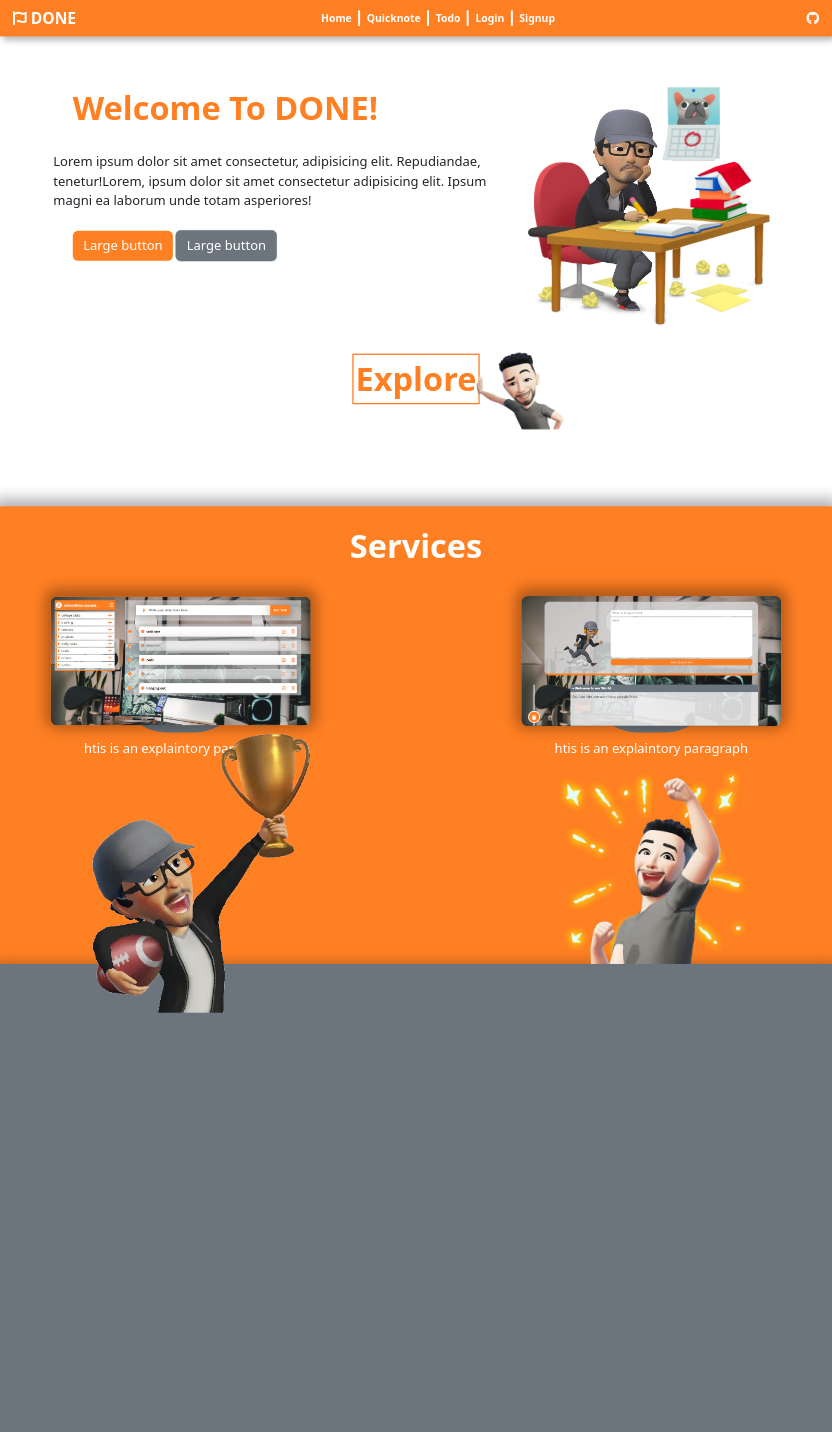
Repository: OmarEssameldinMousa/DONE
Page: index.html
An editor plug-in stored every save of this project. The page is shown before and after the next save, followed by the edit.
The browser window is 1280 px wide. The pictures show the whole page, at 65% of full size.
The pointer rests on the first visible `.omar > img`.
Some web fonts or font styles are not loaded; a fallback is used.

Above is the page before, as saved 2023-12-18 11:01:32.

### index.html
<!DOCTYPE html>
<html lang="en">

<head>
    <meta charset="UTF-8">
    <meta name="viewport" content="width=device-width, initial-scale=1.0">
    <title>Home</title>
    <!-- Main Template CSS File -->
    <link rel="stylesheet" href="CSS/styles.css">
    <!-- Render and Normalize the ELements -->
    <link rel="stylesheet" href="CSS/normalize.css">
    <!-- Font Awsome Library -->
    <link rel="stylesheet" href="CSS/all.min.css">
    <!-- google fonts -->
    <link rel="preconnect" href="https://fonts.googleapis.com">
    <link rel="preconnect" href="https://fonts.gstatic.com" crossorigin>
    <link
        href="https://fonts.googleapis.com/css2?family=Kablammo&family=Work+Sans:wght@200;300;400;500;600;800&display=swap"
        rel="stylesheet">
    <!-- including bootstrap library -->
    <link href="https://cdn.jsdelivr.net/npm/bootstrap@5.3.2/dist/css/bootstrap.min.css" rel="stylesheet"
        integrity="sha384-T3c6CoIi6uLrA9TneNEoa7RxnatzjcDSCmG1MXxSR1GAsXEV/Dwwykc2MPK8M2HN" crossorigin="anonymous">

</head>

<body>
    <header>
        <nav>
            <!-- Logo with Font Awesome Icon -->
            <div class="logo">
                <i class="fab fa-font-awesome-flag"></i> DONE
            </div>

            <!-- Left-side Navigation Links -->
            <ul class="navlist">
                <li><a href="index.html">Home</a></li>
                <li><a href="quicknote.html">Quicknote</a></li>
                <li><a href="mytasks.html">Todo</a></li>
                <li><a href="#">Login</a></li>
                <li><a href="#">Signup</a></li>
            </ul>

            <!-- Right-side GitHub Icon -->
            <div class="github-icon">
                <a rel="" href="https://github.com/yourusername" target="_blank">
                    <i class="fab fa-github" style="color: white;"></i>
                </a>
            </div>
        </nav>

        <div class="container heading">
            <div class="landing">

                <div class="landingtext">
                    <h1>Welcome To DONE!</h1>
                    <p>Lorem ipsum dolor sit amet consectetur, adipisicing elit. Repudiandae, tenetur!Lorem, ipsum dolor
                        sit amet consectetur adipisicing elit. Ipsum magni ea laborum unde
                        totam
                        asperiores!</p>
                    <div class="buttons">
                        <button type="button" class="btn btn-primary btn-lg"
                            style="background-color: #ff7f23;border: none;">Large
                            button</button>
                        <button type="button" class="btn btn-secondary btn-lg">Large button</button>
                    </div>
                </div>

                <div class="logoimage">
                    <img src="images/omar.png" alt="">
                </div>
            </div>
        </div>
    </header>
    <div class="explore">
        <a href="#tododemo1">Explore</a>
        <div class="exploreimg"><img src="images/kemo1.jpg" alt=""></div>
    </div>

    <div class="tododemo" id="tododemo1">
        <h1>Services</h1>
        <div class="container2">
            <div class="omar">
                <div class="demoimage1">
                    <img src="images/tododemo.png" alt="">
                </div>
                <p>htis is an explaintory paragraph</p>
                <img src="images/omarholdscub.jpg" alt="">
            </div>
            <div class="kemo">
                <div class="demoimage1">
                    <img src="images/quicknot.png" alt="">
                </div>
                <p>htis is an explaintory paragraph</p>
                <img src="images/kemochilling.jpg" alt="">
            </div>
        </div>
    </div>


    <div class="snippests" id="tododemo1">

    </div>
    <footer>

    </footer>


    <script src="https://cdn.jsdelivr.net/npm/bootstrap@5.3.2/dist/js/bootstrap.bundle.min.js"
        integrity="sha384-C6RzsynM9kWDrMNeT87bh95OGNyZPhcTNXj1NW7RuBCsyN/o0jlpcV8Qyq46cDfL"
        crossorigin="anonymous"></script>
</body>

</html>

### CSS/styles.css
/* Start Variables */
:root{
    --main-color: rgba(235, 235, 235, 0.6);
    --secondery-color: #ff7f23;
    --third-color:#333;
    --fourth-color: #6c757d;
}
/* End Variables */
/* Special Heading */
.special-heading{
    color: #ebeced;
    font-size: 100px;
    text-align: center;
    font-weight: 800;
    letter-spacing: -3px;
    margin: 0;

}
.special-heading + p{
    margin-top: -30px;
    text-align: center;
    font-size: 20px;
    color: #797979;
}
/* End Special Heading */
/* Start Global Rules */
*{
    -webkit-box-sizing: border-box;
    -moz-box-sizing: border-box;
    box-sizing: border-box;
}

body{

    font-family: 'Kablammo', cursive;
    font-family: 'Work Sans', sans-serif;
    background-color: #797979;

}

.container{
    padding-left: 15px;
    padding-right: 15px;
    margin-left: auto;
    margin-right: auto;
    background-color: #fff;
    margin: auto;
    width: 600px;
}

/*very small screens*/
@media (max-width: 767px){
    .container{
        .special-heading{
            font-size: 60px;
        }
        .special-heading + p{
            margin-top: -20px;
        }

        .landing{
            flex-direction: column;
            text-align: center;
        }
    }
    .navlist{
        display: none;
    }


}
/*small screens*/
@media (min-width: 768px){
    .container{
        width: 750px;
    }
}
/*Medium screens*/
@media (min-width: 992px){
    .container{
        width: 970px;
    }
}
/*Large screens*/
@media (min-width: 1200px){
    .container{
        width: 1170px;
    }
}
/* End Global Rules */


html{
    scroll-behavior: smooth;
}
/* navigation bar */

nav {
    background-color:  var(--secondery-color);
    color: white;
    display: flex;
    align-items: center;
    justify-content: space-between;
    padding: 10px 20px;
    box-shadow: 5px 5px 10px rgba(0, 0, 0, 0.3);
}
nav ul {
    list-style: none;
    margin: 0;
    padding: 0;
    display: flex;
}
nav ul li {
    margin-right: 10px;
    font-weight: bold;

}
nav ul li:not(:last-child) {
    border-right: solid 3px white;
    padding-right: 10px;
}
nav ul li a {
    text-decoration: none;
    color: white;
    transition: 0.3s;
}
nav ul li a:hover {
    color: var(--main-color); /* Change color on hover */
}
.logo {
    font-size: 24px;
    font-weight: bold;
}
.github-icon {
    font-size: 20px;
    color: white;
}

.heading{
    display: flex;
    align-items: center;
    justify-content: center;
    margin-top: 50px;
    height: auto;
}

.landing{
    width: 100%;

    background-color: none;
    display: flex;
    flex-direction: row;

}

.landing h1{
    color: var(--secondery-color);
    font-size: 50px;
    font-weight: 900;
    padding: 30px;
}
.landing p{
    font-size: 20px;
}
.landing .logoimage img{
    width: 400px;
    position: relative;
    animation: topdown 2s ease-in-out infinite;
}

.landing .landingtext .buttons{
    margin: 30px;
    top: 150px;
}
@keyframes topdown {
    0%, 100% {
        top: 0; /* Starting and ending position (top) */
    }
    50% {
        top: 5px; /* Middle position (top) */
    }
}


.explore{
    height: auto;
    text-align: center;
    display: block;
    padding: 10px;
    transition: 0.3s;
    width: min-content;
    margin: 30px auto ;

}
.explore a{
    color: var(--secondery-color);
    font-weight: 900;
    font-size: 50px;
    transform: 0.3s;
    text-decoration: none;
    transition: 0.3s;
    border: #ff7f23 solid 2px;
    padding: 3px;
}
.exploreimg{
    float: right;
}
.explore img{
    position: relative;
    width: 158px;
    right: -145px;
    bottom: 117px;

}
.landing .logoimage{
    position: relative;
}

.explore a:hover {
    background-color: var(--secondery-color);
    border-radius: 20px;
    color: #ebeced;
    cursor: pointer;
}



/* to do demo */
.tododemo{
    height: auto;
    background-color: var(--secondery-color);
    box-shadow: rgba(0, 0, 0, 0.3) 0px -4px 20px 9px;
    display: flex;
    flex-direction: column;
    width: 100%;
    justify-content: center;
    align-items: center;
}

.snippests{
    height: 100vh;
    background-color: var(--fourth-color);
    box-shadow: rgba(0, 0, 0, 0.3) 0px 7px 20px 9px
}

/* Services */

/* Styles for the container2 */
.container2 {
    display: flex;
    justify-content: space-between;
    width: 80%; /* Adjust the width as needed */
    margin-top: 20px; /* Add margin or adjust as required */
    flex: 1;
    flex-flow: wrap;
    margin:20 auto 0;
}

.tododemo h1{
    color: white;
    font-size: 50px;
    font-weight: 900;
    padding: 30px;
}
.tododemo p{
    font-size: 20px;
    color: white;
}

/* Styles for .omar and .kemo */
.omar,
.kemo {
    display: flex;
    flex-direction: column;
    align-items: center;
    /* Add any other styles you require */
}


.demoimage1 {
    display: flex;
    justify-content: center;
    align-items: center;
    width: 150px;
    height: 150px;
    margin-bottom: 10px;
    width: 200px;
    height: 200px;
    background-color: var(--fourth-color);
    /* transform: rotate(90deg); */
    border-radius: 40%;
}


/* Styles for images within .omar and .kemo */
.omar > img,
.kemo > img {
    width: 300px;
    height: auto;
    text-align: right;
}

.omar > img:hover,
.kemo > img:hover{
    transform: scale(1.5);
}

.demoimage1 img {
    max-width: 400px;
    max-height: 400px;
    margin-bottom: 20px;
    border-radius: 10px;
    box-shadow: rgba(0, 0, 0, 0.3) 0px -4px 20px 9px;
    transition: 0.3s;

    /* Add any other styles you require */
}

.demoimage1 img:hover{
    max-width: 410px;
    max-height: 410px;
    transform: rotate(10deg);
}

Loaded but not shown: CSS/normalize.css (library); CSS/all.min.css (library)

After the next save:
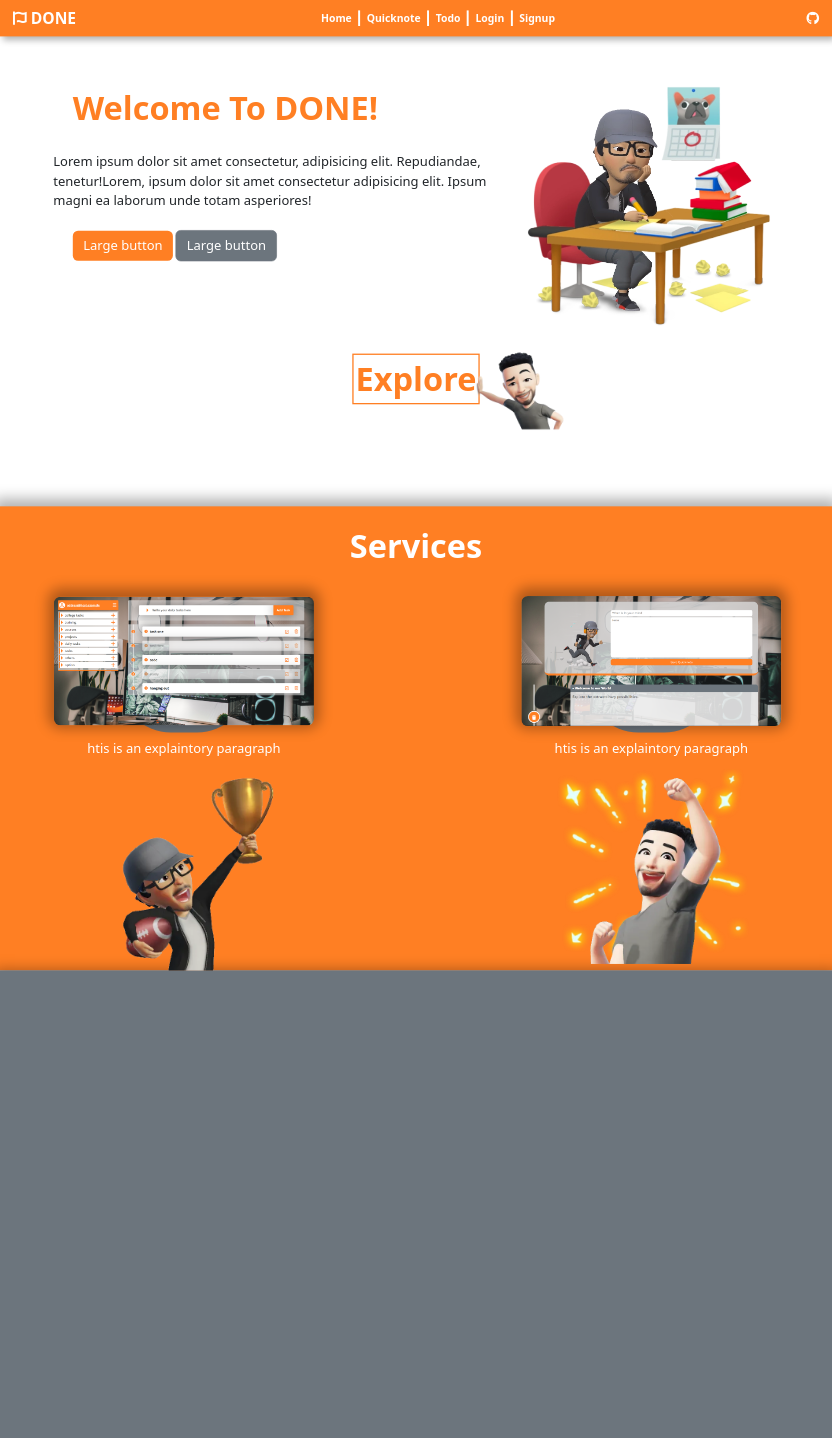
Saved 28 s later.
--- a/CSS/styles.css
+++ b/CSS/styles.css
@@ -302,7 +302,7 @@ nav ul li a:hover {
 
 .omar > img:hover,
 .kemo > img:hover{
-    transform: scale(1.5);
+    width: 310px;
 }
 
 .demoimage1 img {
